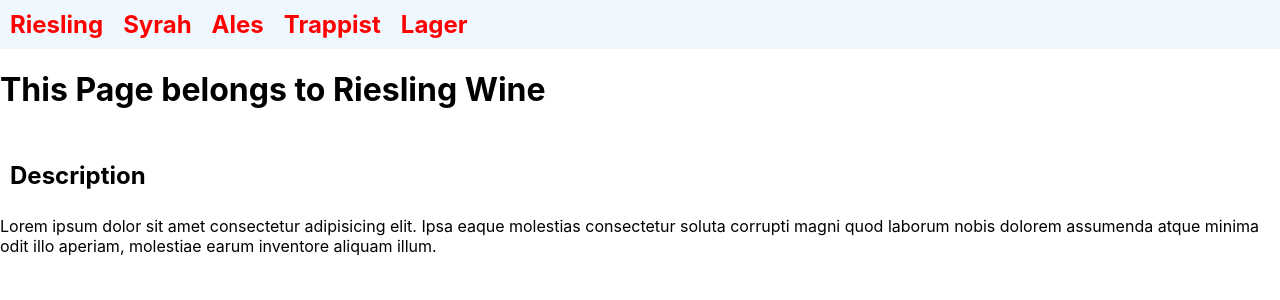
Repository: portretrieve/react-practice
Page: /
These files come from the project's save history. The page is drawn as it stood at one moment and after a run of saves; the edit follows.
The browser window is 1280 px wide. The pictures show the whole page.
The project was rebuilt for these pictures with package versions that can differ from the ones it lists, and the page was loaded fresh each time. Also part of the build but not shown: src/wines/Syrah.js, src/beers/Ale.js, src/beers/Lager.js, src/beers/Trappist.js.

Above is the page before, as saved 2021-08-26 19:09:28.

After the next 2 saves:
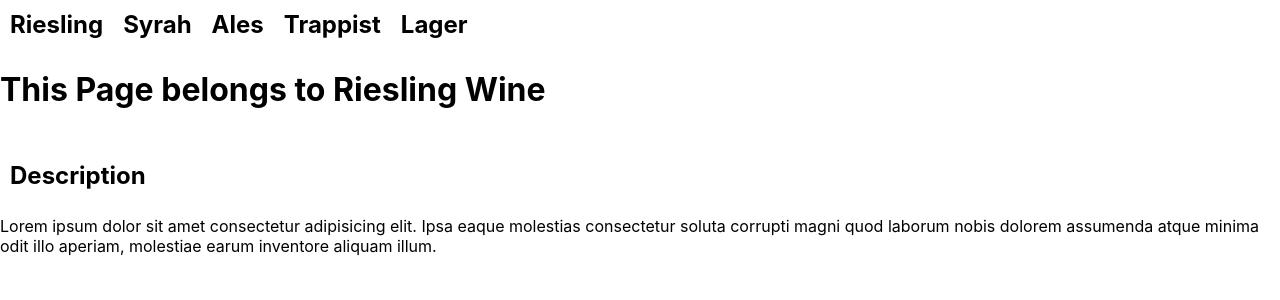
The 2 saves are shown as one change because they came seconds apart.
The last was saved 8 s later.
--- a/src/navigation/header.module.css
+++ b/src/navigation/header.module.css
@@ -1,9 +1,6 @@
 .header {
     margin: auto;
     text-align: center;
-}
-
-.background {
     background-color: aliceblue;
     color: red;
 }
